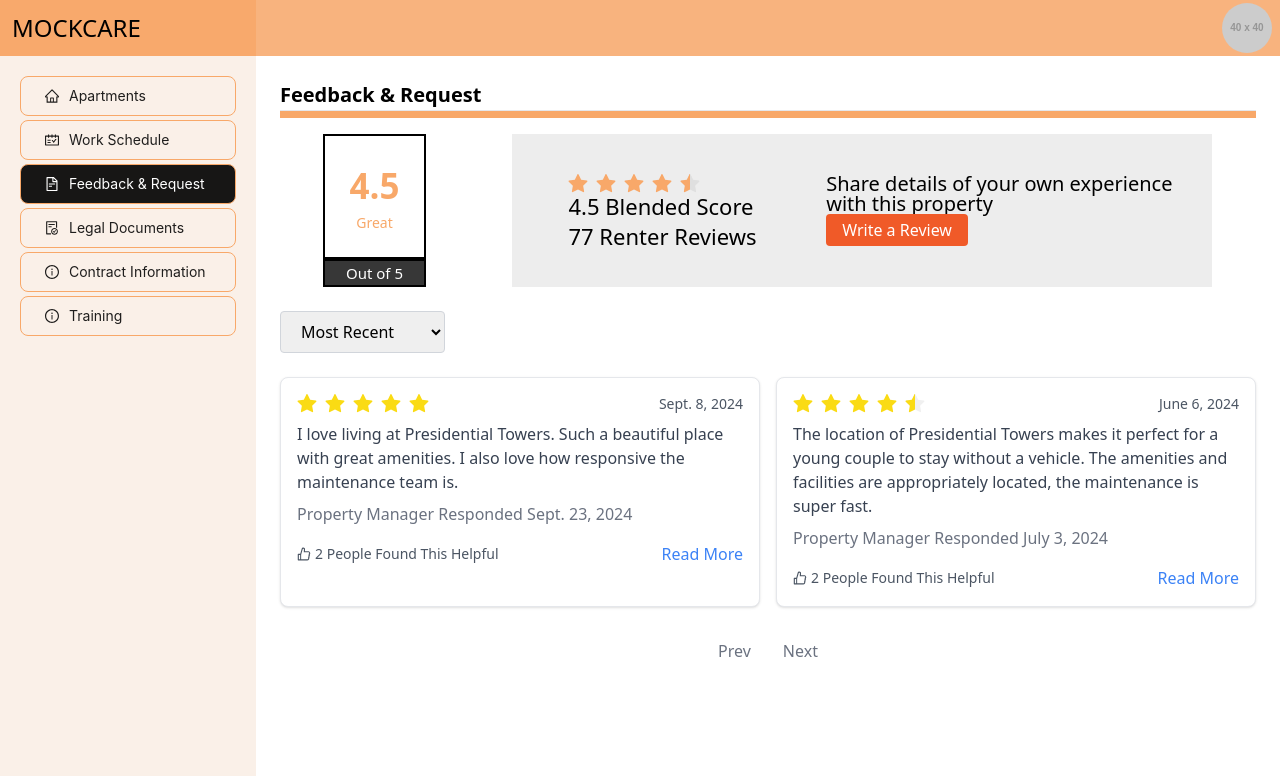
Repository: dunh-real/MockProject_102024_Nhom4
Page: / (app in frontend/)
The author's editor kept a copy of each file at every save. The page is drawn from the files as they stood at one save, then again after the next save.
The browser window is 1280 px wide. The pictures show the whole page.
The project was rebuilt for these pictures with package versions that can differ from the ones it lists, and the page was loaded fresh each time. Also part of the build but not shown: frontend/vite.config.js, frontend/vite.config.ts, frontend/src/App.css, frontend/src/component/ReviewModal.tsx.

Above is the page before, as saved 2024-10-09 13:31:35.

### frontend/src/App.tsx

import './App.css'
import ReviewList from './pages/Feedback&Request/Feedback&Request'
// import LoginForm from './pages/Login/Login'

function App() {


  return (
    <>
      {/* <LoginForm/> */}
      <ReviewList/>
    </>
  )
}

export default App

### frontend/src/pages/Feedback&Request/Feedback&Request.tsx
import React, { useState } from 'react';
import { Rate } from 'antd'; // Dùng Antd cho Rate, có thể thay thế bằng biểu tượng của Tailwind nếu cần
import { LikeOutlined } from '@ant-design/icons';
import ReviewModal from '../../component/ReviewModal';
import Sidebar from '../../component/Sidebar';

interface Review {
    date: string;
    rating: number;
    text: string;
    managerResponse: string;
    helpfulCount: number;
}

const reviews: Review[] = [
    {
        date: 'Sept. 8, 2024',
        rating: 5,
        text: 'I love living at Presidential Towers. Such a beautiful place with great amenities. I also love how responsive the maintenance team is.',
        managerResponse: 'Property Manager Responded Sept. 23, 2024',
        helpfulCount: 2,
    },
    {
        date: 'June 6, 2024',
        rating: 4.5,
        text: 'The location of Presidential Towers makes it perfect for a young couple to stay without a vehicle. The amenities and facilities are appropriately located, the maintenance is super fast.',
        managerResponse: 'Property Manager Responded July 3, 2024',
        helpfulCount: 2,
    },
];

const ReviewList: React.FC = () => {
    const [showModal, setShowModal] = useState<boolean>(false);
    const [page, setPage] = useState<number>(1);

    const handlePageChange = (page: number) => {
        setPage(page);
    };

    const handleSortChange = (value: string) => {
        console.log(`Sort by: ${value}`);
    };

    return (
        <div className=" min-h-screen  bg-gray-50">
            <div className='flex  bg-[#f8a769d9]  justify-between items-center'>
                <div className=' bg-[#f8a769d9] p-3 w-1/5'>
                    <h1 className='text-2xl'>MOCKCARE</h1>
                </div>
                <div className="flex  justify-end">
                    <img
                        src="https://via.placeholder.com/40"
                        alt="Avatar"
                        className="rounded-full w-[50px] h-[50px] mr-2"
                    />
                </div>
            </div>
            <div className="flex">
                <Sidebar />
                <div className="w-4/5 p-6 bg-white">
                    <div className='mb-4'>
                        <h2 className='text-[20px] font-bold'>Feedback & Request</h2>
                        <hr className='h-[8px] bg-[#F8A869]' />
                    </div>
                    <div className="flex  justify-around items-center mb-6">
                        <div className="flex flex-col  items-center">
                            <div className=" text-center text-[#F8A869] border-black border-2  p-6 ">
                                <div className=''>
                                    <p className="text-[35px] font-bold">4.5</p>
                                    <p className="text-sm text-[27px]">Great</p>
                                </div>

                            </div>
                            <div className="text-xs w-full border-black border-2 bg-[#000000c8]">
                                <p className='text-white p-1 text-[15px] text-center'>Out of 5</p>
                            </div>
                        </div>
                        <div className='bg-[#d9d9d97b] flex justify-between'
                         style={{ width: '100%', maxWidth: '700px', padding:40, lineHeight:1}}
                        >
                            <div className="ml-4 ">
                                <Rate allowHalf defaultValue={4.5} disabled style={{color:'#F8A869'}} />
                                <div className="text-[#000000] mb-2 text-[22px]">4.5 Blended Score</div>
                                <div className="text-[#000000] font-extralight text-[22px]">77 Renter Reviews</div>
                            </div>
                            <div className=''>
                                <p className='text-[#000000] font-extralight text-[20px]'>Share details of your own experience <br/>
                                with this property</p>
                                <button
                                    onClick={() => setShowModal(true)}
                                    className="bg-[#f05a28] text-white px-4 py-2 rounded hover:bg-[#ff6a38] hover:text-black "
                                >
                                    Write a Review
                                </button>
                            </div>
                        </div>
                    </div>
                    <div className="mb-6 flex justify-between">
                        <select
                            onChange={(e) => handleSortChange(e.target.value)}
                            className="border border-gray-300 rounded px-4 py-2"
                        >
                            <option value="recent">Most Recent</option>
                            <option value="highest">Highest Rating</option>
                            <option value="lowest">Lowest Rating</option>
                        </select>
                    </div>
                    <div className="grid grid-cols-1 md:grid-cols-2 gap-4">
                        {reviews.slice((page - 1) * 2, page * 2).map((review, index) => (
                            <div key={index} className="p-4 border border-gray-200 rounded-lg bg-white shadow">
                                <div className="flex justify-between items-center mb-2">
                                    <Rate allowHalf defaultValue={review.rating} disabled />
                                    <span className="text-sm text-gray-600">{review.date}</span>
                                </div>
                                <p className="text-gray-700">{review.text}</p>
                                <p className="text-gray-500 mt-2">{review.managerResponse}</p>
                                <div className="flex justify-between items-center mt-4">
                                    <div className="flex items-center text-sm text-gray-600">
                                        <LikeOutlined className="mr-1" />
                                        {review.helpfulCount} People Found This Helpful
                                    </div>
                                    <button className="text-blue-500">Read More</button>
                                </div>
                            </div>
                        ))}
                    </div>
                    <div className="flex justify-center mt-6">
                        <button
                            onClick={() => handlePageChange(page - 1)}
                            className="px-4 py-2 text-gray-500"
                            disabled={page === 1}
                        >
                            Prev
                        </button>
                        <button
                            onClick={() => handlePageChange(page + 1)}
                            className="px-4 py-2 text-gray-500"
                        >
                            Next
                        </button>
                    </div>
                </div>
            </div>
            {showModal && <ReviewModal setShowModal={setShowModal} />}
        </div>
    );
};

export default ReviewList;

### frontend/src/component/Sidebar.tsx
import { Menu } from 'antd';
import { HomeOutlined, ScheduleOutlined, FileTextOutlined, FileDoneOutlined, InfoCircleOutlined } from '@ant-design/icons';

const Sidebar = () => {
  return (
    <div style={{ width: '20%', minHeight: '100vh', backgroundColor: '#FAF0E8', padding: '1rem' }}>
      <Menu
        defaultSelectedKeys={['feedback']}
        mode="inline"
        style={{ backgroundColor: '#FAF0E8', borderRight: 0 }}
      >
        <Menu.Item
          key="apartments"
          icon={<HomeOutlined />}
          style={{
            padding: '12px 24px',
            border:1, borderStyle:'solid', borderColor:'#F8A869'
          }}
        >
          Apartments
        </Menu.Item>
        <Menu.Item
          key="schedule"
          icon={<ScheduleOutlined />}
          style={{
            padding: '12px 24px',
            border:1, borderStyle:'solid', borderColor:'#F8A869'
          }}
        >
          Work Schedule
        </Menu.Item>
        <Menu.Item
          key="feedback"
          icon={<FileTextOutlined />}
          style={{
            backgroundColor: '#171615',
            color: 'white',
            padding: '12px 24px',
            border:1, borderStyle:'solid', borderColor:'#F8A869'
          }}
        >
          Feedback & Request
        </Menu.Item>
        <Menu.Item
          key="legal"
          icon={<FileDoneOutlined />}
          style={{
            padding: '12px 24px',
            border:1, borderStyle:'solid', borderColor:'#F8A869'
          }}
        >
          Legal Documents
        </Menu.Item>
        <Menu.Item
          key="contract"
          icon={<InfoCircleOutlined />}
          style={{
            padding: '12px 24px',
            border:1, borderStyle:'solid', borderColor:'#F8A869'
          }}
        >
          Contract Information
        </Menu.Item>
        <Menu.Item
          key="training"
          icon={<InfoCircleOutlined />}
          style={{
            padding: '12px 24px',
            border: 1, borderStyle: 'solid', borderColor: '#F8A869'
          }}
        >
          Training
        </Menu.Item>
      </Menu>
    </div>
  );
};

export default Sidebar;

Loaded but not shown: frontend/index.html (common file); frontend/src/main.jsx (common file); frontend/src/index.css (common file); frontend/tailwind.config.js (common file)

After the next save:
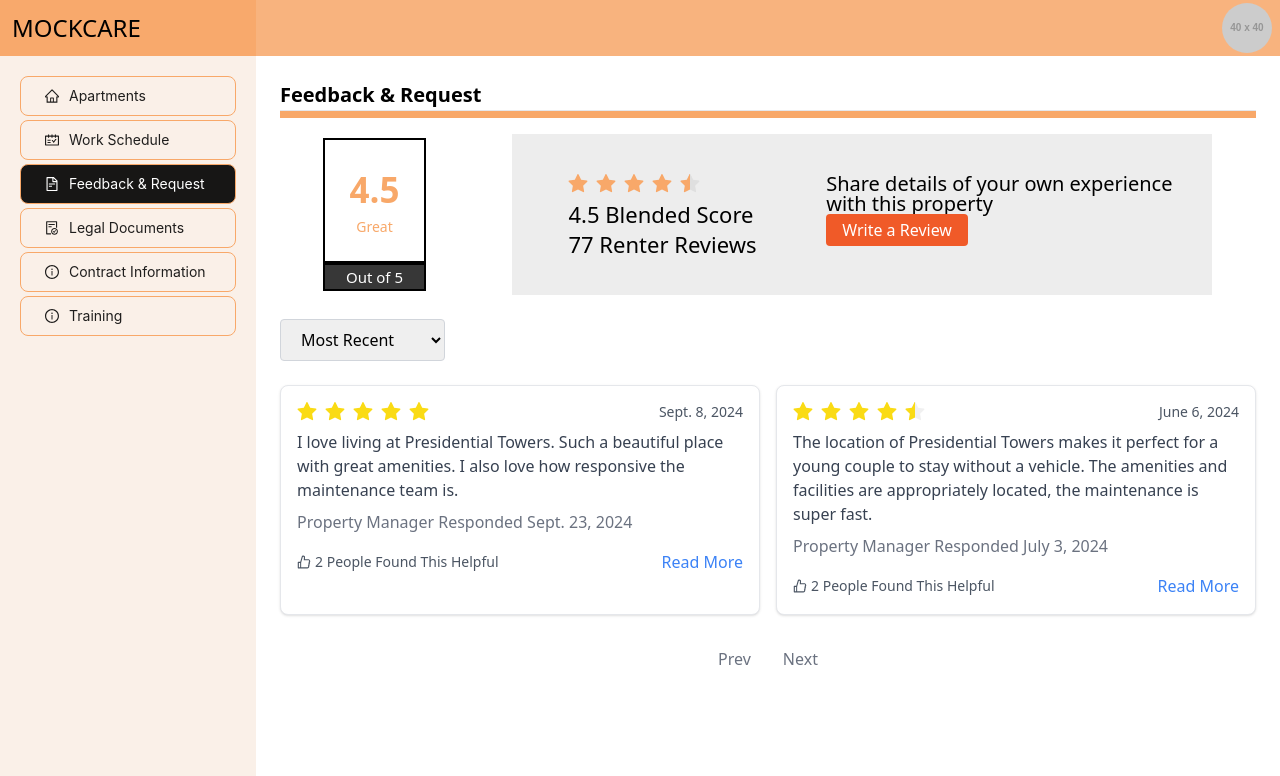
Saved 8 s later.
--- a/frontend/src/pages/Feedback&Request/Feedback&Request.tsx
+++ b/frontend/src/pages/Feedback&Request/Feedback&Request.tsx
@@ -80,8 +80,8 @@ const ReviewList: React.FC = () => {
                         >
                             <div className="ml-4 ">
                                 <Rate allowHalf defaultValue={4.5} disabled style={{color:'#F8A869'}} />
-                                <div className="text-[#000000] mb-2 text-[22px]">4.5 Blended Score</div>
-                                <div className="text-[#000000] font-extralight text-[22px]">77 Renter Reviews</div>
+                                <div className="text-[#000000] mt-2 mb-2 text-[22px]">4.5 Blended Score</div>
+                                <div className="text-[#000000]  font-extralight text-[22px]">77 Renter Reviews</div>
                             </div>
                             <div className=''>
                                 <p className='text-[#000000] font-extralight text-[20px]'>Share details of your own experience <br/>
